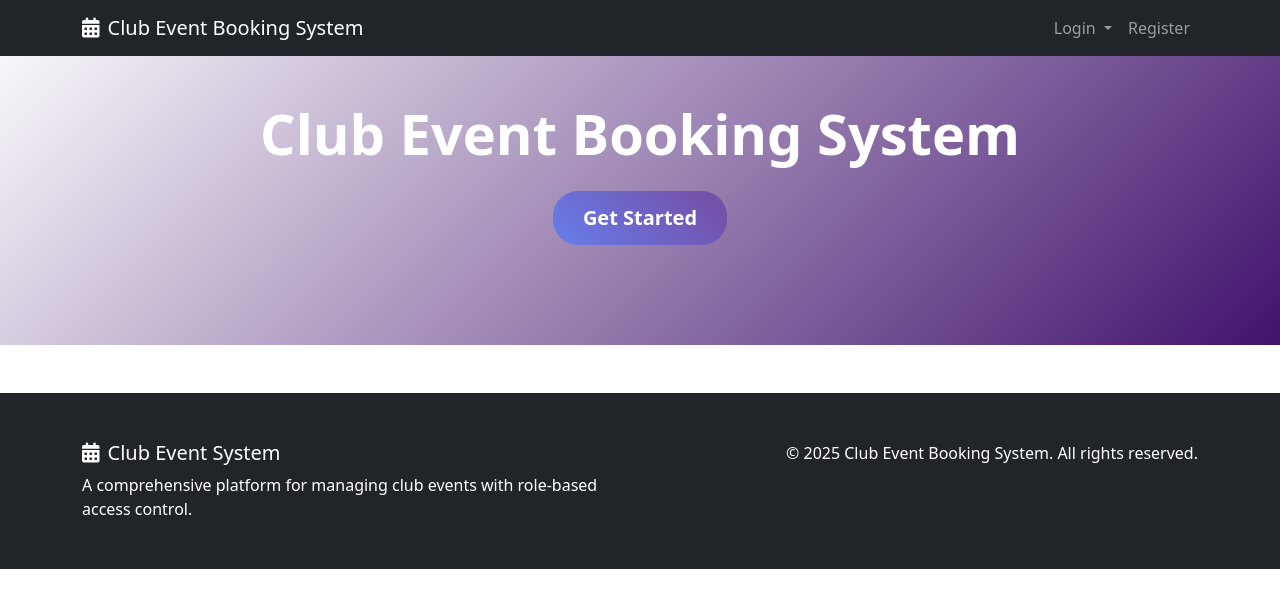
Repository: vipinsamy-sys/clubevent
Page: public/index.html
The author's editor kept a copy of each file at every save. The page is drawn from the files as they stood at one save, then again after the next save.
The browser window is 1280 px wide. The pictures show the whole page.

Above is the page before, as saved 2025-10-20 14:30:03.

### public/index.html
<!DOCTYPE html>
<html lang="en">
<head>
    <meta charset="UTF-8">
    <meta name="viewport" content="width=device-width, initial-scale=1.0">
    <title>Club Event Booking System</title>
    <link href="https://cdn.jsdelivr.net/npm/bootstrap@5.3.3/dist/css/bootstrap.min.css" rel="stylesheet">
    <link rel="stylesheet" href="https://cdnjs.cloudflare.com/ajax/libs/font-awesome/6.5.0/css/all.min.css">
    <style>
        .main-section {
            background: linear-gradient(135deg, #23444700 0%, #41136d 100%);
            color: white;
            padding: 100px 0;
            text-align: center;
        }
        .btn-custom {
            background: linear-gradient(45deg, #667eea, #764ba2);
            border: none;
            border-radius: 25px;
            padding: 12px 30px;
            color: white;
            font-weight: 600;
            transition: all 0.3s ease;
        }
        .btn-custom:hover {
            transform: translateY(-2px);
            box-shadow: 0 5px 15px rgba(0, 0, 0, 0.2);
            color: white;
        }

        /* Popup custom styling */
        .custom-modal {
            background: linear-gradient(135deg, #667eea, #764ba2);
            color: white;
            border-radius: 15px;
            box-shadow: 0 8px 25px rgba(0,0,0,0.3);
        }
        .custom-modal .btn-primary {
            background-color: #ff6b6b; /* Register button */
            border: none;
        }
        .custom-modal .btn-primary:hover {
            background-color: #ff4b4b;
        }
        .custom-modal .btn-secondary {
            background-color: #4caf50; /* Login button */
            border: none;
        }
        .custom-modal .btn-secondary:hover {
            background-color: #3e8e41;
        }
    </style>
</head>
<body>
    <!-- Navigation -->
    <nav class="navbar navbar-expand-lg navbar-dark bg-dark fixed-top">
        <div class="container">
            <a class="navbar-brand" href="#"><i class="fas fa-calendar-alt me-2"></i>Club Event Booking System</a>
            <button class="navbar-toggler" type="button" data-bs-toggle="collapse" data-bs-target="#navbarNav">
                <span class="navbar-toggler-icon"></span>
            </button>
            <div class="collapse navbar-collapse" id="navbarNav">
                <ul class="navbar-nav ms-auto">
                    <li class="nav-item dropdown">
                        <a class="nav-link dropdown-toggle" href="#" id="loginDropdown" role="button" data-bs-toggle="dropdown">
                            Login
                        </a>
                        <ul class="dropdown-menu">
                            <li><a class="dropdown-item" href="student-login.html"><i class="fas fa-user-graduate me-2"></i>Student Login</a></li>
                            <li><a class="dropdown-item" href="admin-login.html"><i class="fas fa-user-shield me-2"></i>Admin Login</a></li>
                            <li><a class="dropdown-item" href="faculty-login.html"><i class="fas fa-chalkboard-teacher me-2"></i>Faculty Login</a></li>
                        </ul>
                    </li>
                    <li class="nav-item">
                        <a class="nav-link" href="register.html">Register</a>
                    </li>
                </ul>
            </div>
        </div>
    </nav>

    <!-- Main Section -->
    <section class="main-section">
        <div class="container">
            <h1 class="display-4 fw-bold mb-4">Club Event Booking System</h1>
            <!-- Get Started Button triggers modal -->
            <button type="button" class="btn btn-custom btn-lg" data-bs-toggle="modal" data-bs-target="#getStartedModal">
                Get Started
            </button>
        </div>
    </section>

    <!-- Get Started Modal -->
    <div class="modal fade" id="getStartedModal" tabindex="-1" aria-labelledby="getStartedModalLabel" aria-hidden="true">
        <div class="modal-dialog modal-dialog-centered">
            <div class="modal-content custom-modal p-4">
                <div class="modal-header border-0">
                    <h5 class="modal-title" id="getStartedModalLabel">Welcome!</h5>
                    <button type="button" class="btn-close btn-close-white" data-bs-dismiss="modal" aria-label="Close"></button>
                </div>
                <div class="modal-body text-center">
                    <p class="mb-3">Select your role to login:</p>
                    <div class="d-flex justify-content-center gap-3 mb-3">
                        <a href="student-login.html" class="btn btn-secondary">Student</a>
                        <a href="admin-login.html" class="btn btn-secondary">Admin</a>
                        <a href="faculty-login.html" class="btn btn-secondary">Faculty</a>
                    </div>
                    <hr class="border-light">
                    <p class="mb-2">Or register if you are new:</p>
                    <a href="register.html" class="btn btn-primary">Register</a>
                </div>
            </div>
        </div>
    </div>

    <!-- Footer -->
    <footer class="bg-dark text-white py-5 mt-5">
        <div class="container">
            <div class="row">
                <div class="col-lg-6">
                    <h5><i class="fas fa-calendar-alt me-2"></i>Club Event System</h5>
                    <p class="mb-0">A comprehensive platform for managing club events with role-based access control.</p>
                </div>
                <div class="col-lg-6 text-lg-end">
                    <p class="mb-0">&copy; 2025 Club Event Booking System. All rights reserved.</p>
                </div>
            </div>
        </div>
    </footer>

    <script src="https://cdn.jsdelivr.net/npm/bootstrap@5.3.3/dist/js/bootstrap.bundle.min.js"></script>
</body>
</html>

After the next save:
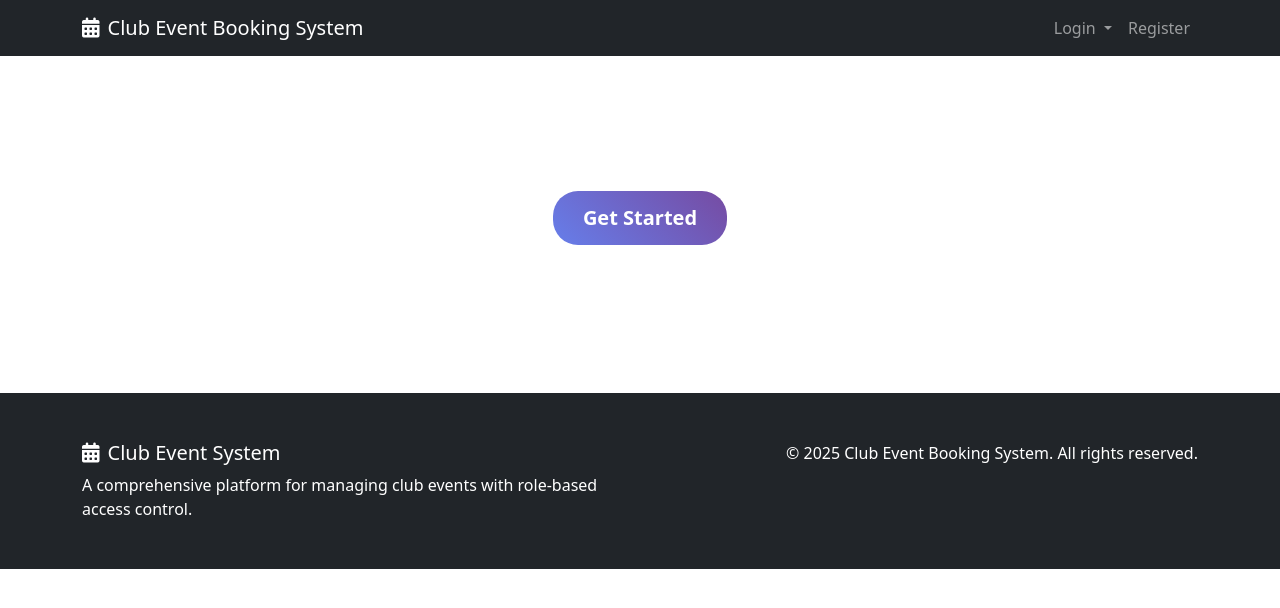
Saved 5 s later.
--- a/public/index.html
+++ b/public/index.html
@@ -8,7 +8,7 @@
     <link rel="stylesheet" href="https://cdnjs.cloudflare.com/ajax/libs/font-awesome/6.5.0/css/all.min.css">
     <style>
         .main-section {
-            background: linear-gradient(135deg, #23444700 0%, #41136d 100%);
+            background: linear-gradient(135deg, #2344470 0%, #41136d 100%);
             color: white;
             padding: 100px 0;
             text-align: center;
